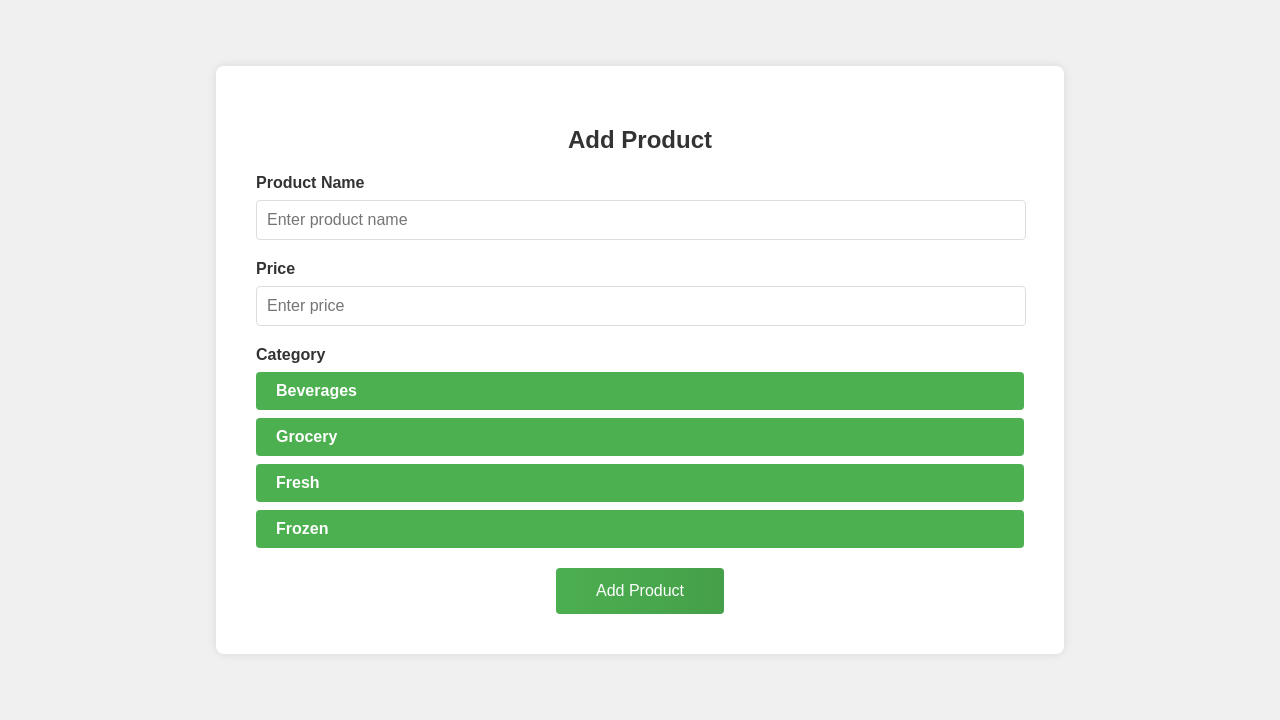
Repository: UrinduYatawakaa/OOP_project
Page: http://localhost/ProductDemo/ProductInsert.jsp
An editor plug-in stored every save of this project. The page is shown before and after the next save, followed by the edit.
The browser window is 1280 px wide. The pictures show the whole page.
The page is served by Tomcat 9. Other server files are loaded and not shown.

Above is the page before, as saved 2023-10-25 12:26:55.
Not found: oop project/ProductDemo/ProductDemo/test.js

### oop project/ProductDemo/src/main/webapp/ProductInsert.jsp
<%@ page language="java" contentType="text/html; charset=ISO-8859-1"
    pageEncoding="ISO-8859-1"%>
<!DOCTYPE html>
<html lang="en">

<head>
    <meta charset="UTF-8">
    <meta name="viewport" content="width=device-width, initial-scale=1.0">
    <title>Add Products</title>
    <link rel="stylesheet" href="css/ProductInsert.css">
</head>

<body>
    <div class="container">
        <h2>Add Product</h2>
        <form id="productForm" action="insert" method="post">
            <div class="input-group">
                <label for="productName">Product Name</label>
                <input type="text" id="productName" name="name" placeholder="Enter product name" required>
            </div>
            <div class="input-group">
                <label for="price">Price</label>
                <input type="text" id="price" name="price" placeholder="Enter price" required>
            </div>
            <div class="input-group">
                <label>Category</label>
                <div class="category-options">
                    <input type="radio" id="category1" name="category" value="Beverages" required>
                    <label for="category1">Beverages</label>
                    <input type="radio" id="category2" name="category" value="Grocery" required>
                    <label for="category2">Grocery</label>
                    <input type="radio" id="category3" name="category" value="Fresh" required>
                    <label for="category3">Fresh</label>
                    <input type="radio" id="category4" name="category" value="Frozen" required>
                    <label for="category4">Frozen</label>
                </div>
            </div>
            <button type="button" onclick="validateForm()">Add Product</button>
        </form>
    </div>

    <script src="test.js" </script>
</body>

</html>

### oop project/ProductDemo/src/main/webapp/css/ProductInsert.css
@charset "ISO-8859-1";

body {
    background-color: #f0f0f0;
    color: #333;
    font-family: Arial, sans-serif;
    display: flex;
    justify-content: center;
    align-items: center;
    height: 100vh;
    margin: 0;
}

.container {
    background-color: #fff;
    padding: 40px;
    border-radius: 8px;
    box-shadow: 0 0 10px rgba(0, 0, 0, 0.1);
    text-align: center;
    width: 60%;
}

.input-group {
    margin-bottom: 20px;
    text-align: left;
}

.input-group label {
    display: block;
    margin-bottom: 8px;
    font-weight: bold;
}

input[type="text"] {
    width: calc(100% - 20px);
    padding: 10px;
    border: 1px solid #ddd;
    border-radius: 4px;
    font-size: 16px;
}

.category-options input[type="radio"] {
    display: none;
}

.category-options label {
    background-color: #4CAF50;
    color: #fff;
    padding: 10px 20px;
    border-radius: 4px;
    cursor: pointer;
    transition: background-color 0.3s;
}

.category-options input[type="radio"]:checked+label {
    background-color: #45a049;
}

button {
    background: linear-gradient(to right, #4CAF50, #45a049);
    color: #fff;
    border: none;
    padding: 14px 40px;
    border-radius: 4px;
    cursor: pointer;
    font-size: 16px;
    transition: background 0.3s;
}

button:hover {
    background: linear-gradient(to right, #45a049, #4CAF50);
}

After the next save:
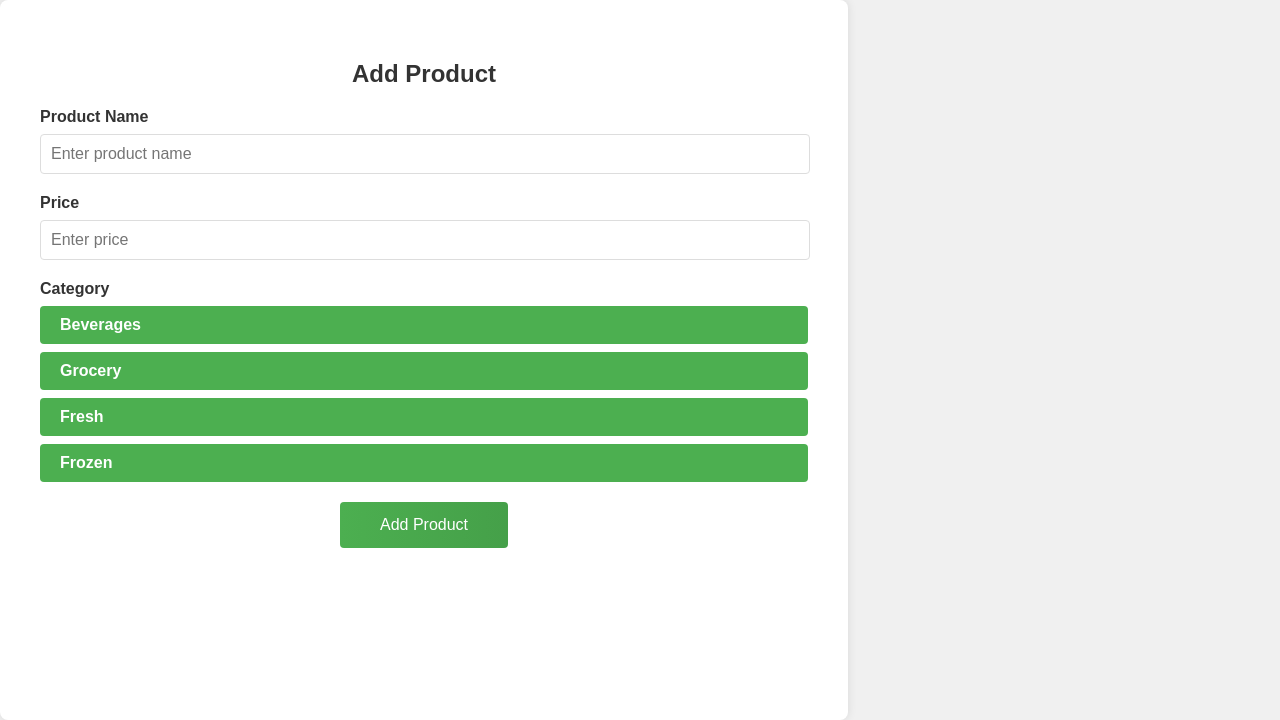
Saved 67 s later.
--- a/oop project/ProductDemo/src/main/webapp/css/ProductInsert.css
+++ b/oop project/ProductDemo/src/main/webapp/css/ProductInsert.css
@@ -5,8 +5,6 @@
     color: #333;
     font-family: Arial, sans-serif;
     display: flex;
-    justify-content: center;
-    align-items: center;
     height: 100vh;
     margin: 0;
 }

After the save that followed:
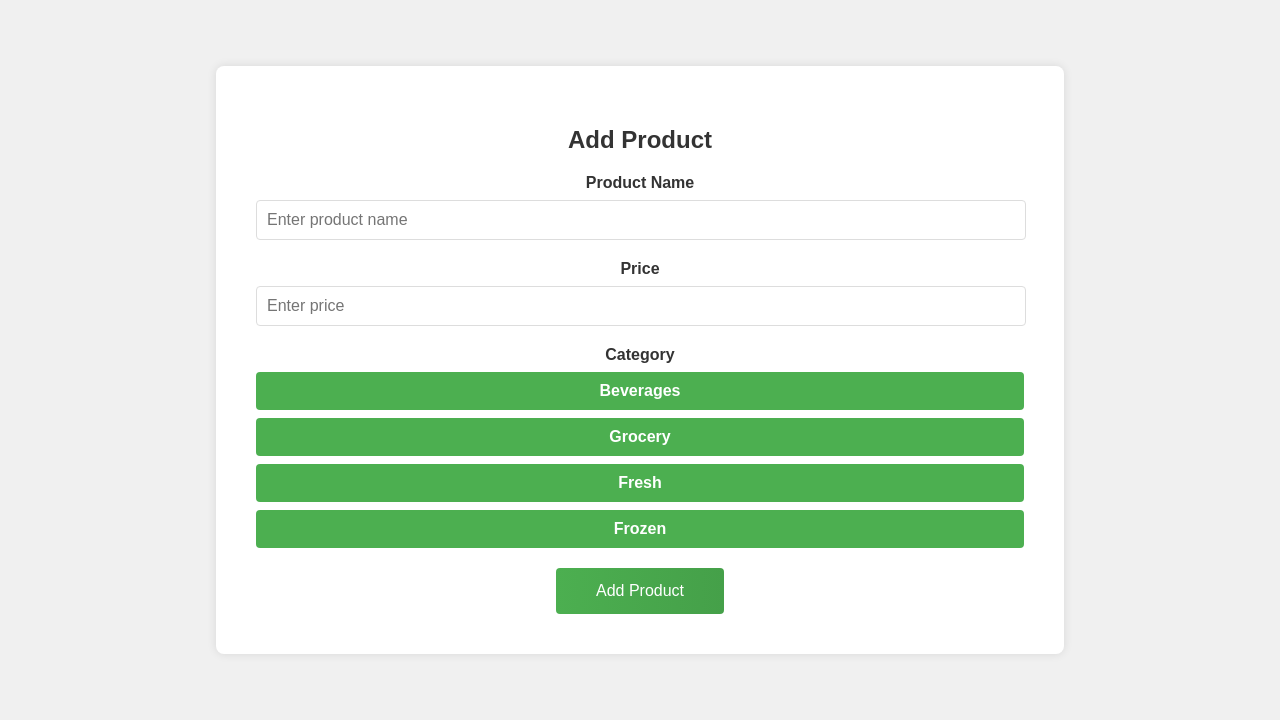
Saved 22 s later.
--- a/oop project/ProductDemo/src/main/webapp/css/ProductInsert.css
+++ b/oop project/ProductDemo/src/main/webapp/css/ProductInsert.css
@@ -5,6 +5,8 @@
     color: #333;
     font-family: Arial, sans-serif;
     display: flex;
+    justify-content: center;
+    align-items: center;
     height: 100vh;
     margin: 0;
 }
@@ -20,7 +22,6 @@
 
 .input-group {
     margin-bottom: 20px;
-    text-align: left;
 }
 
 .input-group label {
